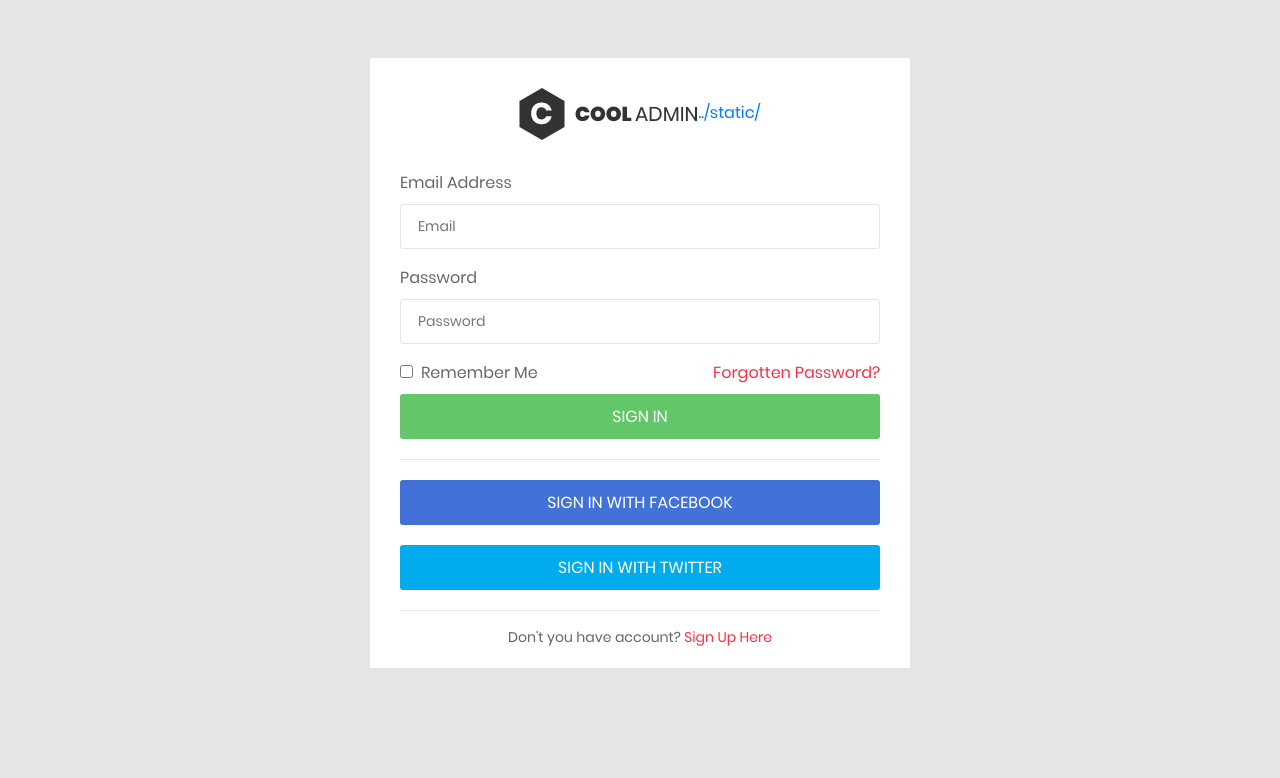
Repository: Julio-Sama/jacquis_system
Page: src/main/resources/templates/login.html
These files come from the project's save history. The page is drawn as it stood at one moment and after the next save; the edit follows.
The browser window is 1280 px wide. The pictures show the whole page.

Above is the page before, as saved 2023-09-18 06:31:36.

After the next save:
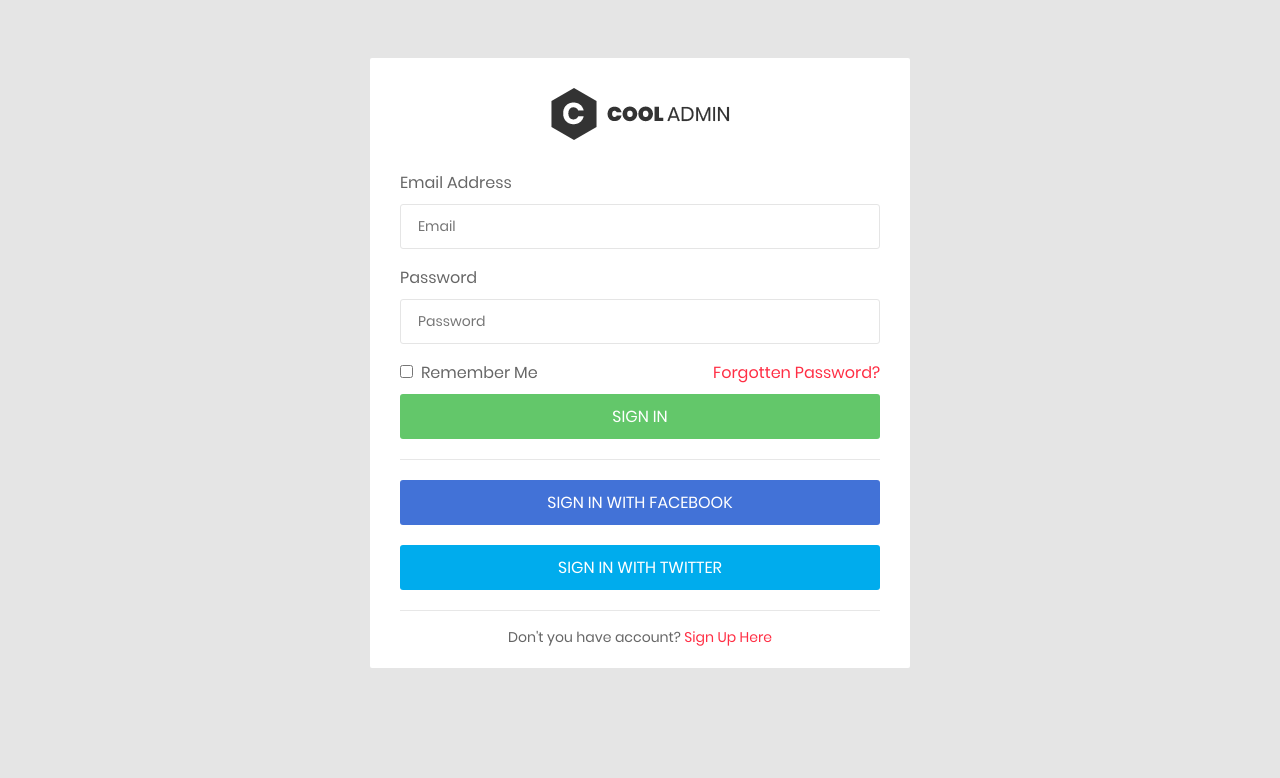
Saved 56 s later.
--- a/src/main/resources/templates/login.html
+++ b/src/main/resources/templates/login.html
@@ -43,7 +43,7 @@
                     <div class="login-content">
                         <div class="login-logo">
                             <a href="#">
-                                <img src="../static/images/icon/logo.png" alt="CoolAdmin">../static/
+                                <img src="../static/images/icon/logo.png" alt="CoolAdmin">
                             </a>
                         </div>
                         <div class="login-form">
